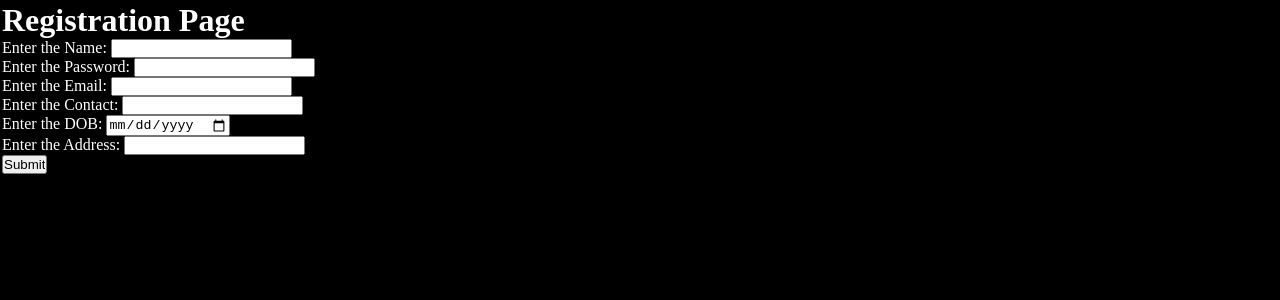
Repository: Pradeep4802/utopiatech
Page: eclipse-workspace/OwnServlet/src/main/webapp/Home.html
These files come from the project's save history. The page is drawn as it stood at one moment and after the next save; the edit follows.
The browser window is 1280 px wide. The pictures show the whole page.

Above is the page before, as saved 2023-10-09 09:58:47.

### eclipse-workspace/OwnServlet/src/main/webapp/Home.html
<!DOCTYPE html>
<html>
<head>
<meta charset="UTF-8">
<title>Form</title>
<style>
	* {
		margin: 0;
		padding: 0;
		box-sizing : border-box;
	}

	body {
		background: black;
	}

	.container {
		border: 2px solid black;
	}

	.container h1 {
		color: white;
	}

	label {
		color: white;
	}


</style>
</head>
<body>
	<div class="container">
		<h1>Registration Page</h1>
		<form action="" method="get">

			<label for="user_name">Enter the Name: <input type="text"
				name="user_name" /></label><br>
			<label for="user_pass">Enter the Password: <input type="password"
				name="user_pass" /></label><br>
			<label for="user_email">Enter the Email: <input type="email"
				name="user_email" /></label><br>
			<label for="user_contact">Enter the Contact: <input type="number"
				name="user_contact" /></label><br>
			<label for="user_dob">Enter the DOB: <input type="date"
				name="user_dob" /></label><br>
			<label for="user_address">Enter the Address: <input type="text"
				name="user_address" /></label>
				<br>
			<input type="submit" value="Submit" />

		</form>
	</div>
</body>
</html>

After the next save:
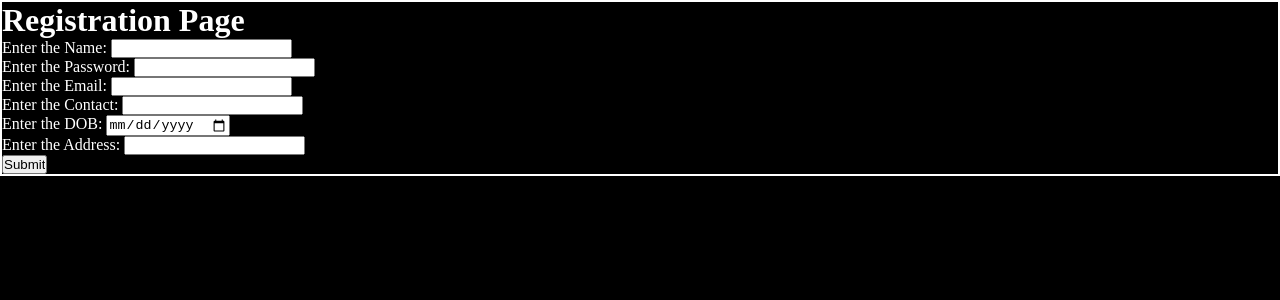
Saved 56 s later.
--- a/eclipse-workspace/OwnServlet/src/main/webapp/Home.html
+++ b/eclipse-workspace/OwnServlet/src/main/webapp/Home.html
@@ -15,7 +15,7 @@
 	}
 
 	.container {
-		border: 2px solid black;
+		border: 2px solid white;
 	}
 
 	.container h1 {
